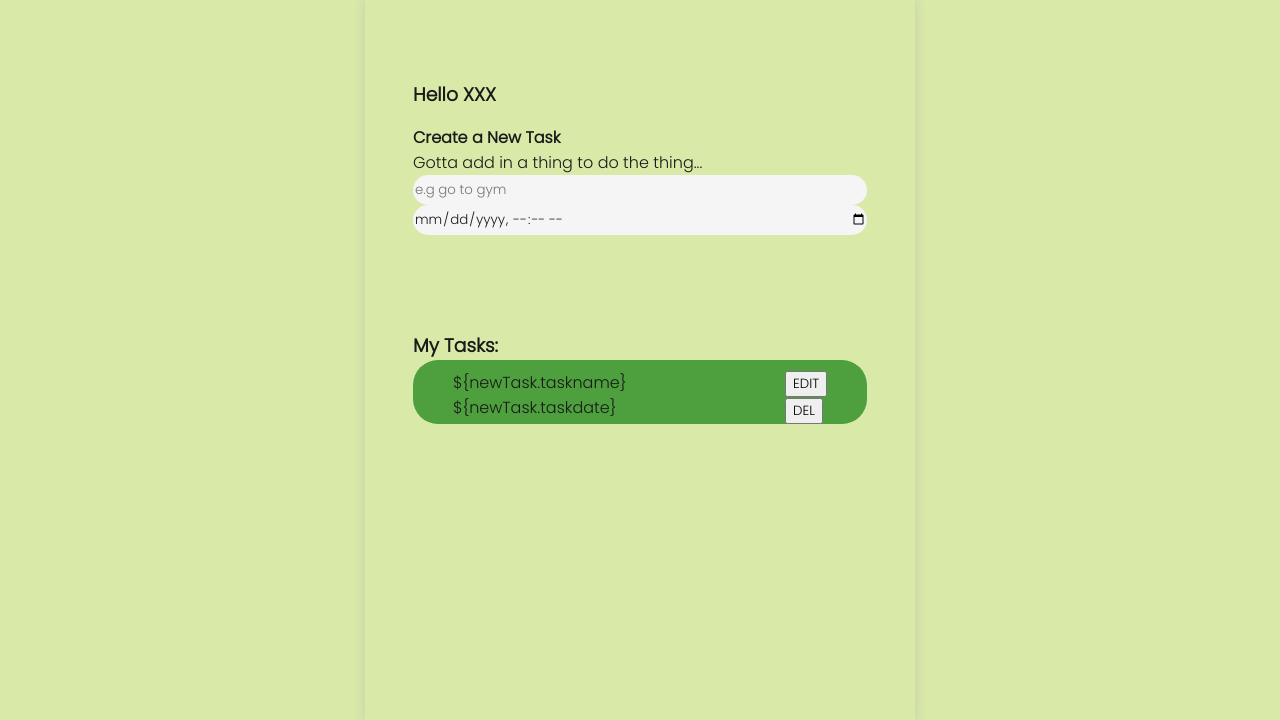
Repository: acidpixie/todo-app-version3
Page: index.html
The author's editor kept a copy of each file at every save. The page is drawn from the files as they stood at one save, then again after the next save.
The browser window is 1280 px wide. The pictures show the whole page.

Above is the page before, as saved 2022-06-11 15:52:23.

### index.html
<!DOCTYPE html>
<html lang="en">
<head>
    <meta charset="UTF-8">
    <meta http-equiv="X-UA-Compatible" content="IE=edge">
    <meta name="viewport" content="width=device-width, initial-scale=1.0">
    <title>Todo Application</title>

    <link rel="stylesheet" type="text/css" href="/css/stylesheet.css">
    <script type="text/javascript" src="/js/script.js" defer></script>

    <!--google fonts - poppins-->
    <link rel="preconnect" href="https://fonts.googleapis.com">
    <link rel="preconnect" href="https://fonts.gstatic.com" crossorigin>
    <link href="https://fonts.googleapis.com/css2?family=Poppins:wght@200;300&display=swap" rel="stylesheet">


</head>
<body>

    <section>
        <header class="heading">
        <h3>Hello XXX</h3>
        </header>

        <div>
            <h4>Create a New Task</h4>
            <form>
                <label>Gotta add in a thing to do the thing...</label>
                <input type="text" id="input-task" placeholder="e.g go to gym">
                <input type="datetime-local" id="input-date">
                </label>
            </form>
       </div>
    </section>

    <section>
        <div id="display-tasks" class="display">
            <h3>My Tasks:</h3>
            <ul class="task-item" id="task-list">
                <li class="list-item" id="list-item" data-id="${newTask.taskId}">
                    <div class="list-container">
                        <span class="list-input" id="list-input">${newTask.taskname}</span>
                        <span class="list-date-input" id="list-date-input">${newTask.taskdate}</span>
                    </div>
                    <div class="list-buttons">
                        <button class="edit-item" id="edit-item">EDIT</button>
                        <button class="delete-item" id="delete-item">DEL</button>
                    </div>
                </li>
            </ul>
        </div>
    </section>


</body>
</html>

### css/stylesheet.css
/*color pallet
#191A19 - black
#1E5128 - dark green
#4E9F3D - light green
#D8E9A8 - whitish green gray
#f5f5f5 - white smoke
*/



* {
    box-sizing: border-box;
    font-family: "poppins", sans-serif;
    margin: 0;
}

body {
    background-color: #D8E9A8;
    color: #191A19;
    max-width: 550px;
    min-height: 100vh;
    margin: auto;
    box-shadow: 0 1px 10px 0px rgba(176, 173, 173, 0.467);
    position: relative;
}


section {
    padding: 3rem;
}

.heading {
    padding-top: 2rem;
    padding-bottom: 1rem;
}

form {
    display: flex;
    flex-direction: column;
}

input {
    height: 30px;
    border: none;
    color: #191A19;
    background-color: #f5f5f5;
    border-radius: 25px;
}

.user-date {
    margin-top: 10px;
}



li {
    display: flex;
    flex-direction: row;
    padding-left: 0;
    padding-top: 10px;
    list-style: none;
}

ul {
    background-color: #4E9F3D ;
    border-radius: 25px;
}

Loaded but not shown: js/script.js (no copy from this time; the picture is the same without it)

After the next save:
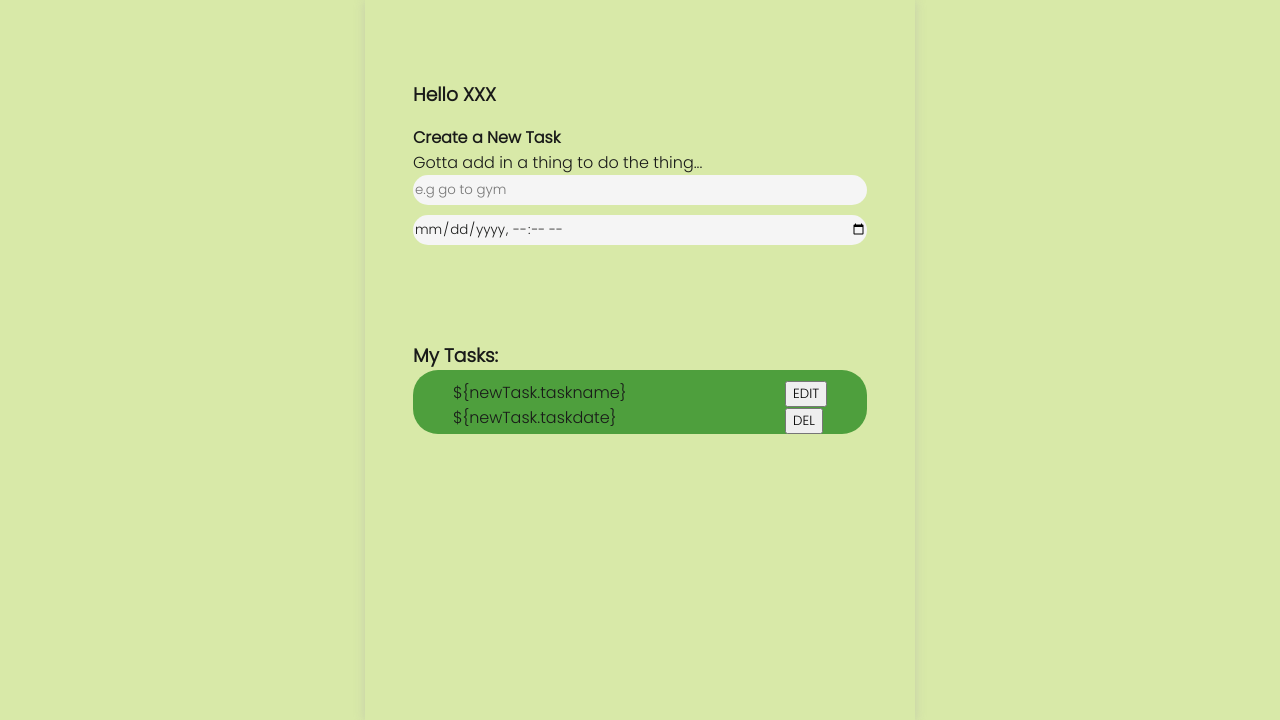
Saved 42 s later.
--- a/index.html
+++ b/index.html
@@ -27,8 +27,9 @@
             <h4>Create a New Task</h4>
             <form>
                 <label>Gotta add in a thing to do the thing...</label>
-                <input type="text" id="input-task" placeholder="e.g go to gym">
-                <input type="datetime-local" id="input-date">
+                <input type="text" class="user-input" id="input-task" placeholder="e.g go to gym">
+                <p></p>
+                <input type="datetime-local" class="user-date" id="input-date">
                 </label>
             </form>
        </div>

After the 2 saves that followed:
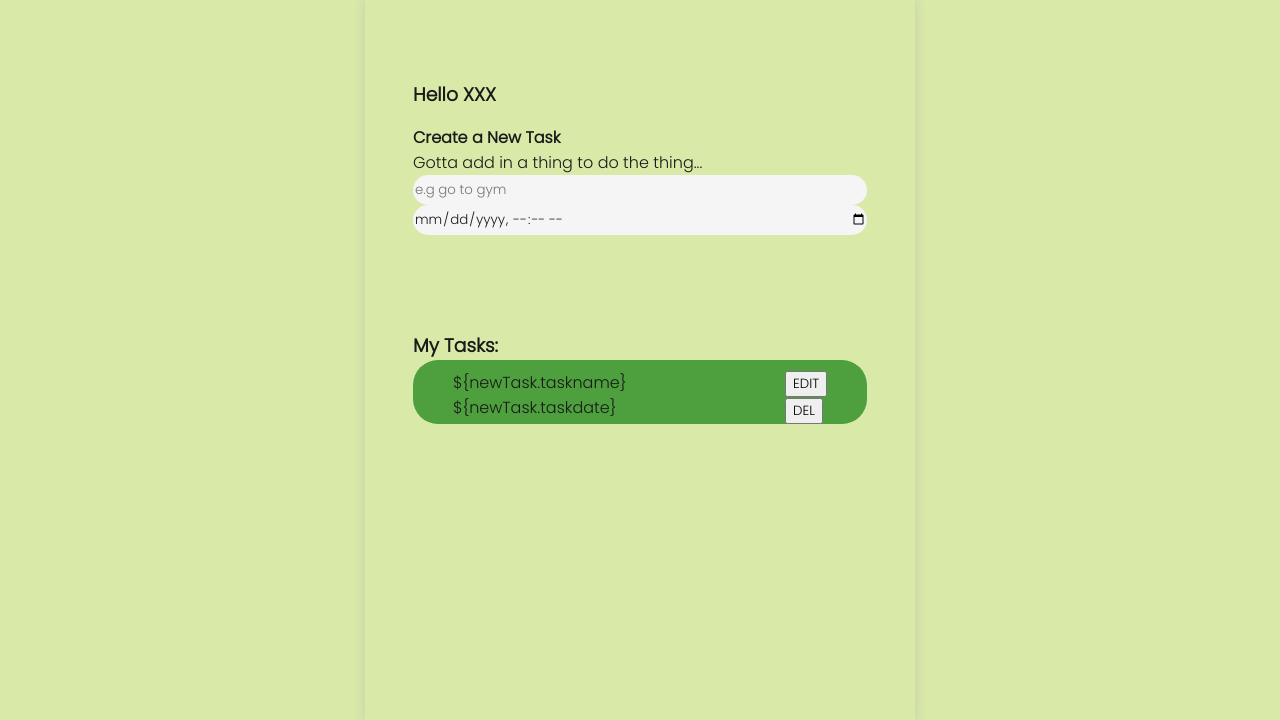
The 2 saves are shown as one change because 1 left the picture as it was.
The last was saved 32 s later.
--- a/index.html
+++ b/index.html
@@ -28,7 +28,7 @@
             <form>
                 <label>Gotta add in a thing to do the thing...</label>
                 <input type="text" class="user-input" id="input-task" placeholder="e.g go to gym">
-                <p></p>
+                <p id="empty-input"></p>
                 <input type="datetime-local" class="user-date" id="input-date">
                 </label>
             </form>
--- a/css/stylesheet.css
+++ b/css/stylesheet.css
@@ -47,11 +47,6 @@ input {
     border-radius: 25px;
 }
 
-.user-date {
-    margin-top: 10px;
-}
-
-
 
 li {
     display: flex;
